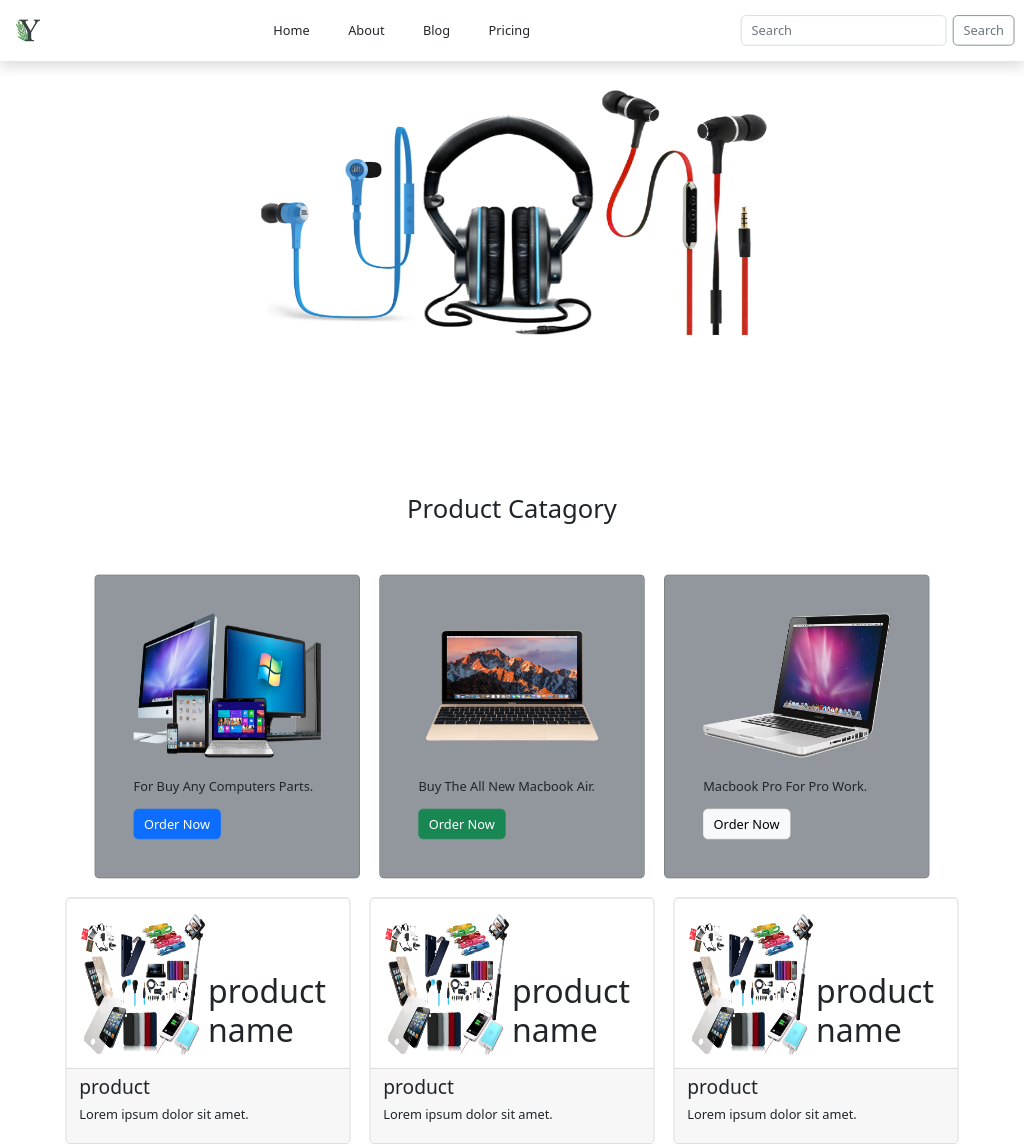
Repository: Mafuzurrahmanoli/E-Commerce-Website
Page: index.html
The author's editor kept a copy of each file at every save. The page is drawn from the files as they stood at one save, then again after a run of saves.
The browser window is 1280 px wide. The pictures show the whole page, at 80% of full size.

Above is the page before, as saved 2023-09-16 11:57:09.

### index.html
<!DOCTYPE html>
<html lang="en">

<head>
  <title>E-Commerce Website</title>
  <!-- Required meta tags -->
  <meta charset="utf-8" />
  <meta name="viewport" content="width=device-width, initial-scale=1, shrink-to-fit=no" />

  <!-- Bootstrap CSS v5.2.1 -->
  <link href="https://cdn.jsdelivr.net/npm/bootstrap@5.2.1/dist/css/bootstrap.min.css" rel="stylesheet"
    integrity="sha384-iYQeCzEYFbKjA/T2uDLTpkwGzCiq6soy8tYaI1GyVh/UjpbCx/TYkiZhlZB6+fzT" crossorigin="anonymous" />
  <link rel="stylesheet" href="css/style.css" />
  <link rel="shortcut icon" href="img/favicon.png" type="image/x-icon">
</head>

<body>
  <header>
    <!-- place navbar here -->
    <nav class="navbar navbar-expand-lg navbar-light shadow">
      <div class="container-fluid">
        <a class="navbar-brand" href="#"" target=" _blank">
          <img src="img/logo.png" alt="logo" style="width: 50px;">
        </a>
        <button class="navbar-toggler" type="button" data-bs-toggle="collapse" data-bs-target="#navbarSupportedContent"
          aria-controls="navbarSupportedContent" aria-expanded="false" aria-label="Toggle navigation">
          <span class="navbar-toggler-icon"></span>
        </button>
        <div class="collapse navbar-collapse" id="navbarSupportedContent">
          <ul class="navbar-nav me-auto mb-2 mb-lg-0 mx-auto">
            <li class="nav-item mx-3">
              <a class="nav-link active text-dark" aria-current="page" href="#">Home</a>
            </li>
            <li class="nav-item mx-3">
              <a class="nav-link text-dark" href="#">About</a>
            </li>
            <li class="nav-item mx-3">
              <a class="nav-link text-dark" href="#">Blog</a>
            </li>
            <li class="nav-item mx-3">
              <a class="nav-link text-dark" href="#">Pricing</a>
            </li>
          </ul>
          <form class="d-flex" role="search">
            <input class="form-control me-2" type="search" placeholder="Search" aria-label="Search">
            <button class="btn btn-outline-secondary" type="submit">Search</button>
          </form>
        </div>
      </div>
    </nav>
    <!-- Navbar end here -->
    <!-- Slider Start -->
    <div class="container">
      <div class="row">
        <div class=" col-md-11 mx-auto mt-4">
          <div id="carouselExampleIndicators" class="carousel slide" style="height: 500px; width: 80%; margin: auto;;">
            <div class="carousel-indicators" style="background-color: transparent;">
              <button type="button" data-bs-target="#carouselExampleIndicators" data-bs-slide-to="0" class="active"
                aria-current="true" aria-label="Slide 1"></button>
              <button type="button" data-bs-target="#carouselExampleIndicators" data-bs-slide-to="1"
                aria-label="Slide 2"></button>
              <button type="button" data-bs-target="#carouselExampleIndicators" data-bs-slide-to="2"
                aria-label="Slide 3"></button>
            </div>
            <div class="carousel-inner">
              <div class="carousel-item active">
                <img src="img/headphone.png" class="d-block w-100" alt="headphone">
              </div>
              <div class="carousel-item">
                <img src="img/macbook pro.png" class="d-block w-100" alt="macbook">
              </div>
              <div class="carousel-item">
                <img src="img/computer.png" class="d-block w-100" alt="computer">
              </div>
            </div>
            <button class="carousel-control-prev" type="button" data-bs-target="#carouselExampleIndicators"
              data-bs-slide="prev">
              <span class="carousel-control-prev-icon" aria-hidden="true" style="background-color: transparent;"></span>
              <span class="visually-hidden">Previous</span>
            </button>
            <button class="carousel-control-next" type="button" data-bs-target="#carouselExampleIndicators"
              data-bs-slide="next">
              <span class="carousel-control-next-icon" aria-hidden="true" style="background-color: transparent;"></span>
              <span class="visually-hidden">Next</span>
            </button>
          </div>
        </div>
      </div>
    </div>
    <!-- Slider End -->
  </header>
  <main>
    <!-- Product catagory section start -->
    <div class="container">
      <h2 class="text-center text-capitalize p-3">product catagory</h2>
      <div class="row justify-content-between m-4 row-cols-1 row-cols-md-2 row-cols-lg-3 g-4">
        <div class="col">
          <div class="card bg-secondary bg-opacity-75">
            <div class="card-body p-5">
              <img src="img/computer.png" alt="computer" class="w-100">
              <p class="text-capitalize mt-4">For buy any computers parts.</p>
              <a href="#" target="_blank" class="btn btn-primary text-capitalize">order now</a>
            </div>
          </div>
        </div>
        <div class="col">
          <div class="card bg-secondary bg-opacity-75">
            <div class="card-body p-5">
              <img src="img/macbook air.png" alt="macbook air" class="w-100">
              <p class="text-capitalize mt-4">buy the all new macbook air.</p>
              <a href="#" target="_blank" class="btn btn-success text-capitalize">order now</a>
            </div>
          </div>
        </div>
        <div class="col">
          <div class="card bg-secondary bg-opacity-75">
            <div class="card-body p-5">
              <img src="img/macbook pro.png" alt="macbook pro" class="w-100">
              <p class="text-capitalize mt-4">macbook pro for pro work.</p>
              <a href="#" target="_blank" class="btn btn-light text-capitalize">order now</a>
            </div>
          </div>
        </div>
      </div>
    </div>
    <!-- Product catagory section end -->
    <!-- Popular product section start -->
    <div class="container">
      <div class="row row-cols-1 row-cols-md-2 row-cols-lg-3">
        <div class="col">
          <div class="card">
            <div class="card-body d-flex">
              <img class="w-50" src="img/Mobile.png" alt="">
              <h1 class="align-content-end">product name</h1>
            </div>
            <div class="card-footer">
              <h4>product</h4>
              <p>Lorem ipsum dolor sit amet.</p>
            </div>
          </div>
        </div>
        <div class="col">
          <div class="card">
            <div class="card-body d-flex">
              <img class="w-50" src="img/Mobile.png" alt="">
              <h1 class="align-content-end">product name</h1>
            </div>
            <div class="card-footer">
              <h4>product</h4>
              <p>Lorem ipsum dolor sit amet.</p>
            </div>
          </div>
        </div>
        <div class="col">
          <div class="card">
            <div class="card-body d-flex">
              <img class="w-50" src="img/Mobile.png" alt="">
              <h1 class="align-content-end">product name</h1>
            </div>
            <div class="card-footer">
              <h4>product</h4>
              <p>Lorem ipsum dolor sit amet.</p>
            </div>
          </div>
        </div>
      </div>
    </div>
    <!-- Popular product section end -->
  </main>
  <footer>
    <!-- place footer here -->
  </footer>
  <!-- Bootstrap JavaScript Libraries -->
  <script src="https://cdn.jsdelivr.net/npm/@popperjs/core@2.11.6/dist/umd/popper.min.js"
    integrity="sha384-oBqDVmMz9ATKxIep9tiCxS/Z9fNfEXiDAYTujMAeBAsjFuCZSmKbSSUnQlmh/jp3"
    crossorigin="anonymous"></script>

  <script src="https://cdn.jsdelivr.net/npm/bootstrap@5.2.1/dist/js/bootstrap.min.js"
    integrity="sha384-7VPbUDkoPSGFnVtYi0QogXtr74QeVeeIs99Qfg5YCF+TidwNdjvaKZX19NZ/e6oz"
    crossorigin="anonymous"></script>
</body>

</html>

### css/style.css
* {
    margin: 0;
    padding: 0;
    outline: 0;
}

.carousel-inner img {
    height: 50vh;
}
.card-body img{
    height: 25vh;
}

After the next 5 saves:
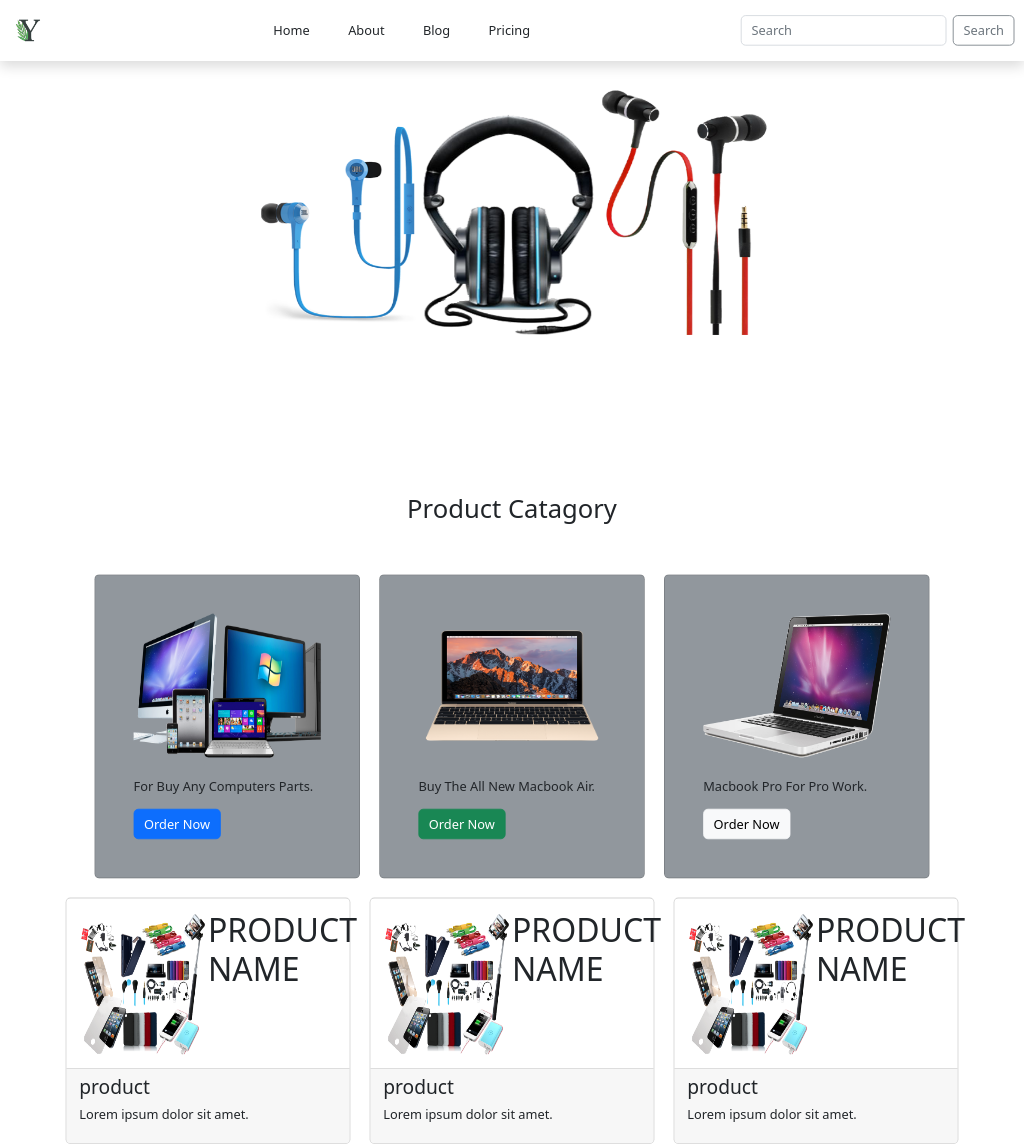
The 5 saves are shown as one change because they came seconds apart.
The last was saved 17 s later.
--- a/index.html
+++ b/index.html
@@ -131,7 +131,7 @@
           <div class="card">
             <div class="card-body d-flex">
               <img class="w-50" src="img/Mobile.png" alt="">
-              <h1 class="align-content-end">product name</h1>
+              <h1 class="text-uppercase">product name</h1>
             </div>
             <div class="card-footer">
               <h4>product</h4>
@@ -143,7 +143,7 @@
           <div class="card">
             <div class="card-body d-flex">
               <img class="w-50" src="img/Mobile.png" alt="">
-              <h1 class="align-content-end">product name</h1>
+              <h1 class="text-uppercase">product name</h1>
             </div>
             <div class="card-footer">
               <h4>product</h4>
@@ -155,7 +155,7 @@
           <div class="card">
             <div class="card-body d-flex">
               <img class="w-50" src="img/Mobile.png" alt="">
-              <h1 class="align-content-end">product name</h1>
+              <h1 class="text-uppercase">product name</h1>
             </div>
             <div class="card-footer">
               <h4>product</h4>
